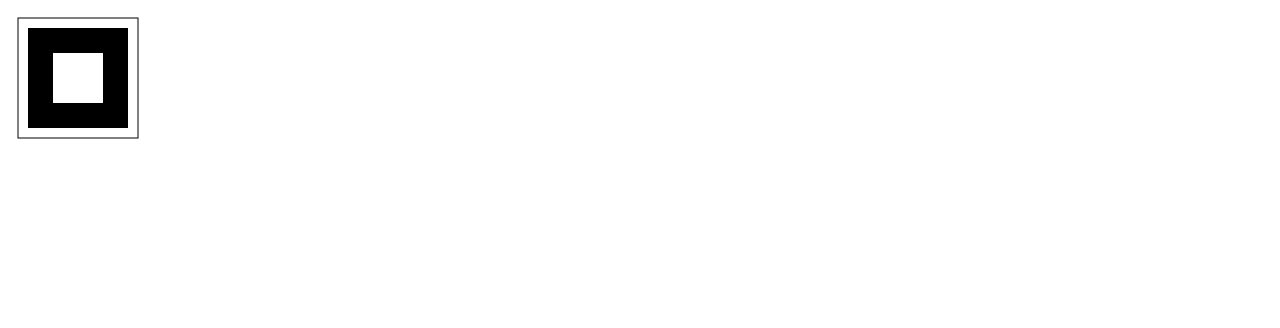
Repository: ManojAndroid/WellcomeToAndroidApp
Page: AddressBook_App/Canvas_Project/WebContent/Canvas.html
These files come from the project's save history. The page is drawn as it stood at one moment and after the next save; the edit follows.
The browser window is 1280 px wide. The pictures show the whole page.

Above is the page before, as saved 2017-04-20 10:59:03.

### AddressBook_App/Canvas_Project/WebContent/Canvas.html
<!DOCTYPE html>
<html>
<head>
<meta charset="UTF-8">
<script type="text/javascript">
	function draw() {
		var myCanvas = document.getElementById("myCanvas");
		var ctx = myCanvas.getContext("2d");
		ctx.fillRect(20, 20, 100, 100);
		ctx.strokeRect(10, 10, 120, 120);
		ctx.clearRect(45, 45, 50, 50);
		ctx.fillStyle = "green";
		ctx.closePath();
		ctx.fill();
	}
	function drawShape() {
		var myCanvas = document.getElementById("myCan");
		var ctx = myCanvas.getContext("2d");
		 //Begin our drawing
        ctx.beginPath();
        ctx.moveTo(75,0);
        ctx.lineTo(150,100);
        ctx.lineTo(75, 200);
        ctx.lineTo(0,100);

        //Define the style of the shape
        ctx.lineWidth = 5;
        ctx.fillStyle = "red";
        ctx.strokeStyle = "black";
        //Close the path
        ctx.closePath();

        //Fill the path with ourline and color
        ctx.fill();
        ctx.stroke();
	}
</script>
</head>
<body onload="draw()">
	<canvas id="myCanvas">
                </canvas>


	<canvas id="myCan"  onmouseleave="drawShape()">
                </canvas>
	<!-- <canvas id="myCan" width="300" height="300" onclick="drawShape()">
                </canvas> -->
</body>

</html>

After the next save:
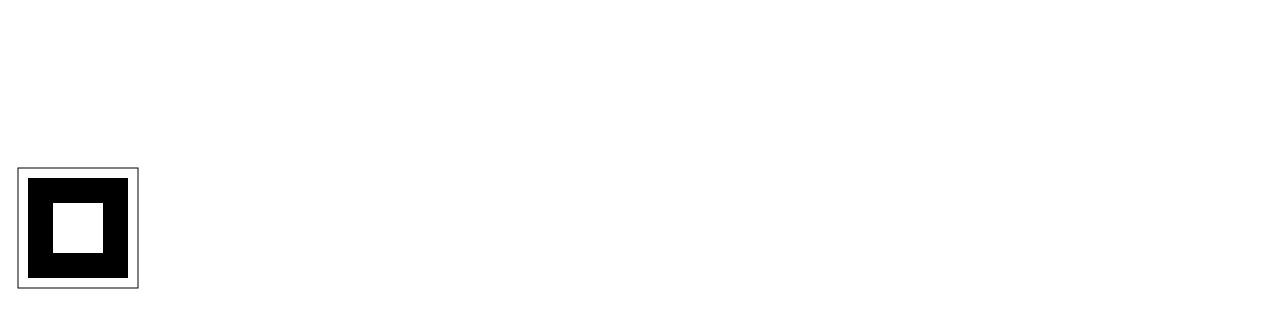
Saved 14 s later.
--- a/AddressBook_App/Canvas_Project/WebContent/Canvas.html
+++ b/AddressBook_App/Canvas_Project/WebContent/Canvas.html
@@ -41,7 +41,7 @@
                 </canvas>
 
 
-	<canvas id="myCan"  onmouseleave="drawShape()">
+	<canvas id="myCan" width="300" height="300" onmouseleave="drawShape()">
                 </canvas>
 	<!-- <canvas id="myCan" width="300" height="300" onclick="drawShape()">
                 </canvas> -->

After the save that followed:
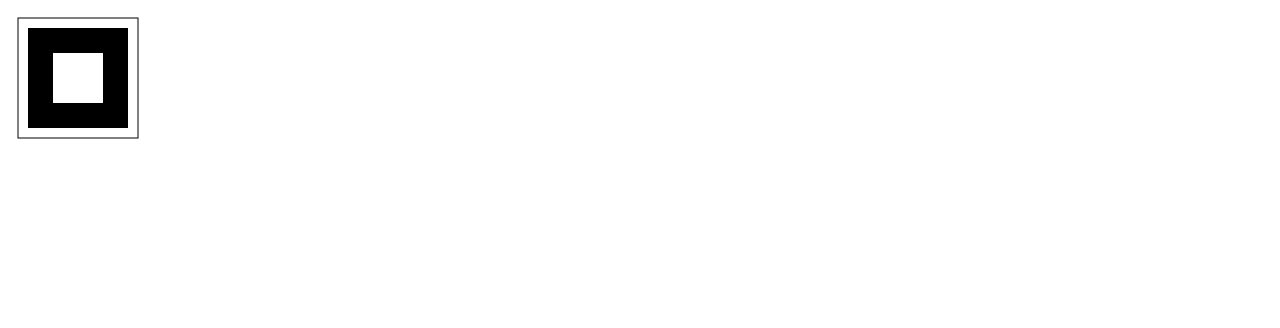
Saved 16 s later.
--- a/AddressBook_App/Canvas_Project/WebContent/Canvas.html
+++ b/AddressBook_App/Canvas_Project/WebContent/Canvas.html
@@ -37,7 +37,7 @@
 </script>
 </head>
 <body onload="draw()">
-	<canvas id="myCanvas">
+	<canvas id="myCanvas" width="300" height="300">
                 </canvas>
 
 
